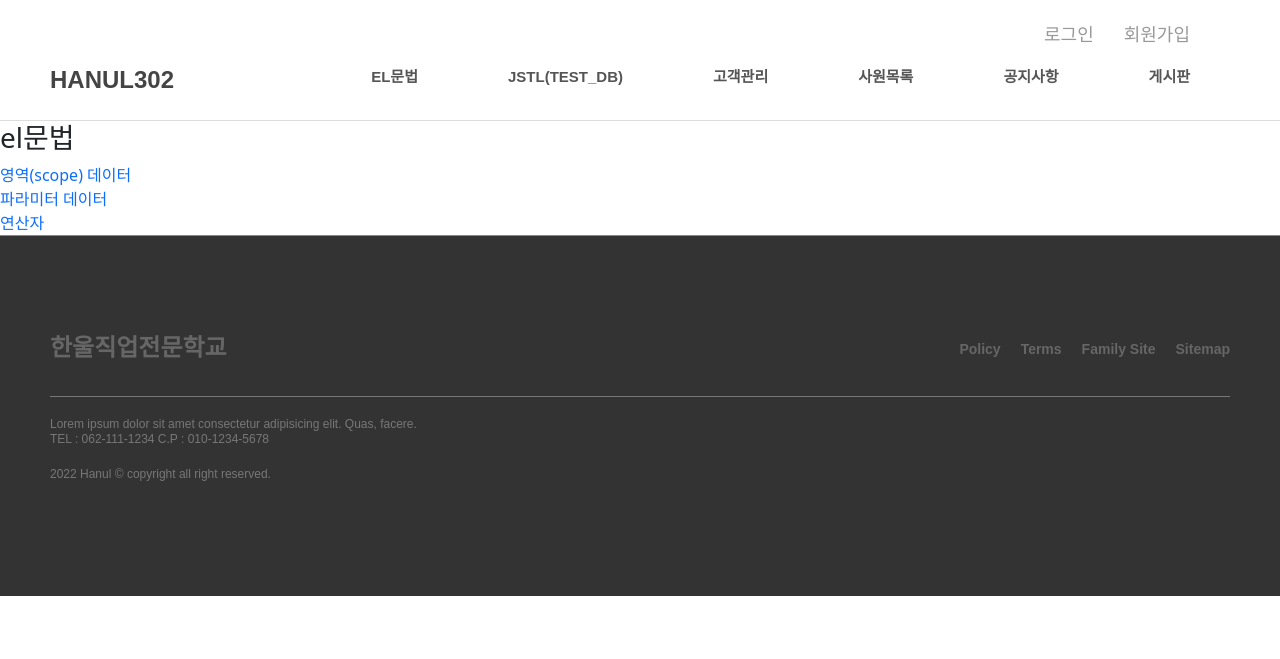
Repository: Xeyeong/servlet
Page: http://localhost/05.MiniProject/el/list.jsp
The author's editor kept a copy of each file at every save. The page is drawn from the files as they stood at one save, then again after the next save.
The browser window is 1280 px wide. The pictures show the whole page.
Some web libraries are served in a nearby version. The page is served by Tomcat 9.

Above is the page before, as saved 2022-09-20 03:54:42.

After the next save:
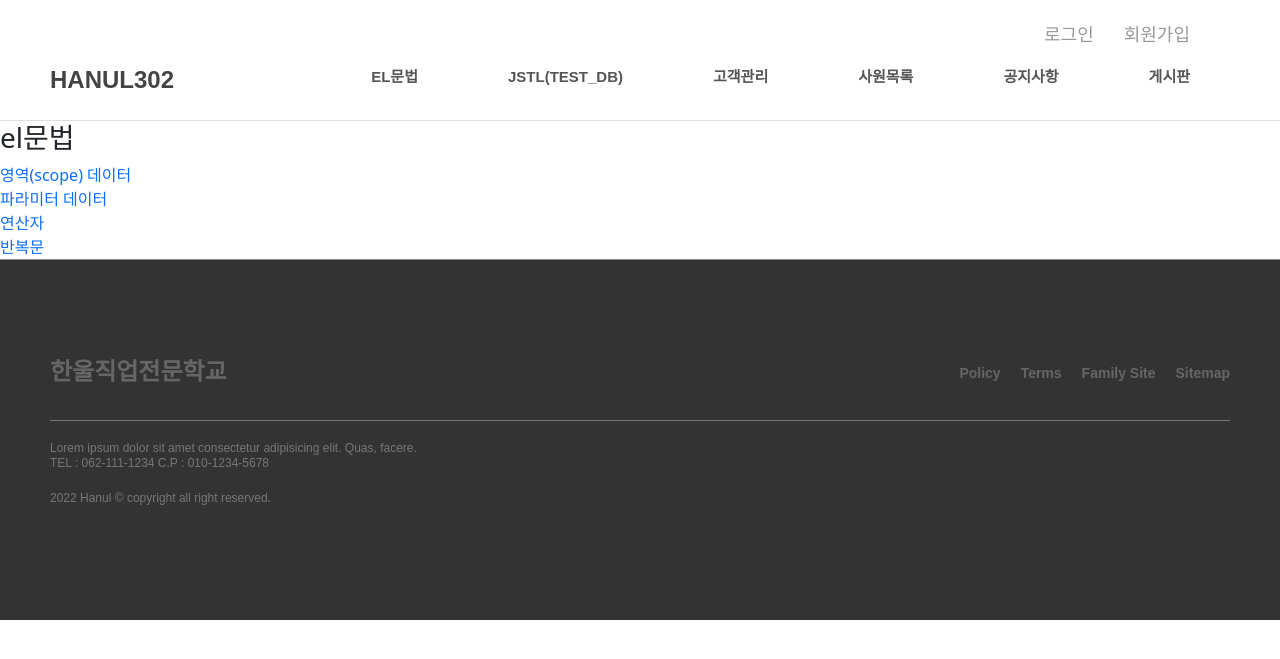
Saved 105 s later.
--- a/05.MiniProject/src/main/webapp/el/list.jsp
+++ b/05.MiniProject/src/main/webapp/el/list.jsp
@@ -12,6 +12,7 @@
 	<div><a href="scope.el">영역(scope) 데이터</a></div>
 	<div><a href="form.el">파라미터 데이터</a></div>
 	<div><a href="el/operator.jsp">연산자</a></div>
+	<div><a href="el/operator.jsp">반복문</a></div>
 
 <jsp:include page="/include/footer.jsp"/>
 
